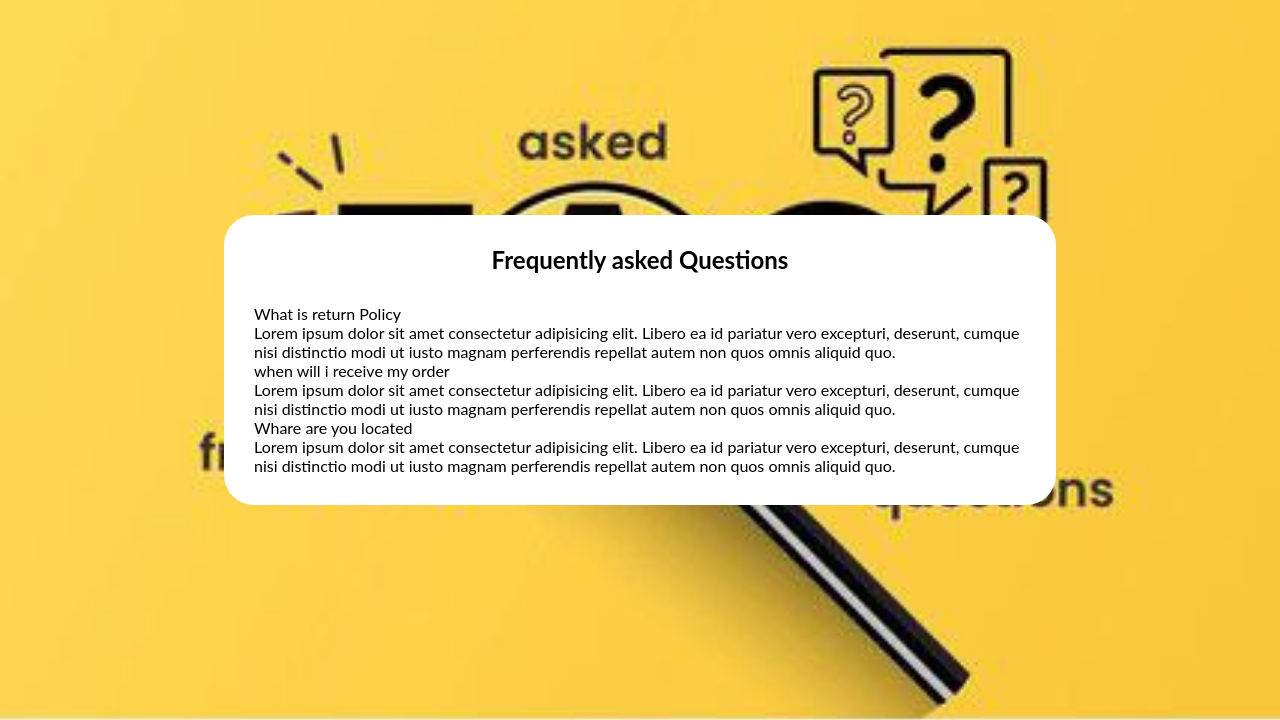
Repository: wakoya-tech/react-project
Page: Desktop/shaakala/accor/index.html
The author's editor kept a copy of each file at every save. The page is drawn from the files as they stood at one save, then again after the next save.
The browser window is 1280 px wide. The pictures show the whole page.
Some web libraries are served in a nearby version.

Above is the page before, as saved 2025-08-31 14:05:19.

### Desktop/shaakala/accor/index.html
<!DOCTYPE html>
<html lang="en">
<head>
    <meta charset="UTF-8">
    <meta name="viewport" content="width=device-width, initial-scale=1.0">
    <title>Document</title>
    <link rel="stylesheet" href="../accor/style.css">
    <link rel="preconnect" href="https://fonts.googleapis.com">
    <link rel="preconnect" href="https://fonts.gstatic.com" crossorigin>
    <link href="https://fonts.googleapis.com/css2?family=Roboto&display=swap" rel="stylesheet">
    <link rel="stylesheet"
          href="https://cdnjs.cloudflare.com/ajax/libs/font-awesome/6.1.1/css/all.min.css"
          integrity="sha512-kfkfwYDsLKIlwQp6LFn18zNdLGxu9YAAlQvwINks4PhcElQ5vqcyVLLD9aMhXd13uQjoXtENosOWaZqXgol0g=="
          crossorigin="anonymous"
          referrerpolicy="no-referrer" />
</head>
<body>

 <div class="accordion">
    <h2 class="accordion-title">
        Frequently asked Questions
    </h2>
    <div class="content-container">
        <div class="question">What is return Policy</div>
   <div class="answer">Lorem ipsum dolor sit amet consectetur
    adipisicing elit. Libero ea id pariatur vero excepturi,
     deserunt, cumque nisi distinctio modi ut iusto magnam
      perferendis
    repellat autem non quos omnis aliquid quo.</div>
    </div>
    <div class="content-container">
        <div class="question">when will i receive my order</div>
   <div class="answer">Lorem ipsum dolor sit amet consectetur
    adipisicing elit. Libero ea id pariatur vero excepturi,
     deserunt, cumque nisi distinctio modi ut iusto magnam
      perferendis
    repellat autem non quos omnis aliquid quo.</div>
    </div>
    <div class="content-container">
        <div class="question">Whare are you located</div>
   <div class="answer">Lorem ipsum dolor sit amet consectetur
    adipisicing elit. Libero ea id pariatur vero excepturi,
     deserunt, cumque nisi distinctio modi ut iusto magnam
      perferendis
    repellat autem non quos omnis aliquid quo.</div>
    </div>
 </div>
    <script src="../accor/script.js"></script>
</body>
</html>

### Desktop/shaakala/accor/style.css
*{
    margin: 0;
    padding: 0;
    box-sizing: border-box;
    font-family: 'Lato',sans-serif;

}
body{
    background: url(../img/img3.jpg) no-repeat center center/cover;
    height: 100vh;
    display: flex;
    justify-content: center;
    align-items: center;
}
.accordion {
    width: 65%;
    background-color: #fff;
    padding: 30px;
    border-radius: 30px;
}
.accordion .accordion-title {
    margin-bottom: 30px;
    text-align: center;
}
.accordion .accordion-title .question {
    padding: 18px 0px;
    font-size: 22px;
    cursor: pointer;
    border-bottom: 1px solid #000;

}

Loaded but not shown: Desktop/shaakala/accor/script.js (no stored copy; drawn as an empty file)

After the next save:
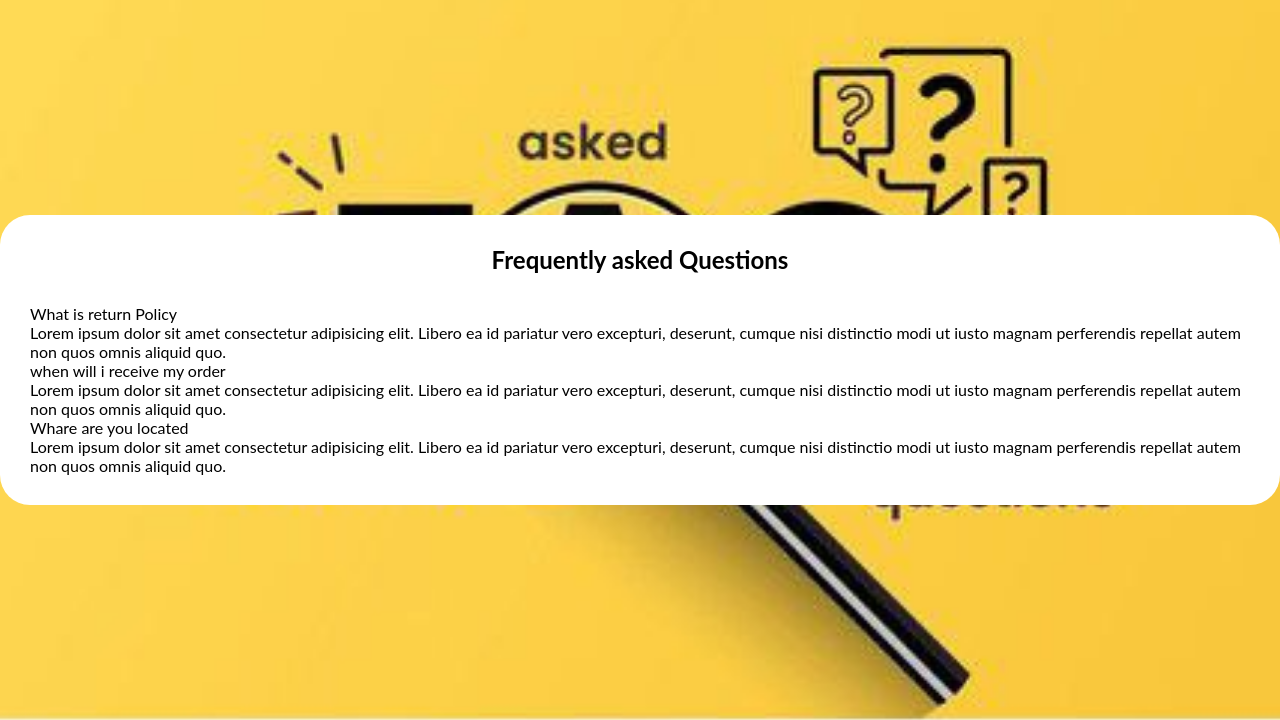
Saved 116 s later.
--- a/Desktop/shaakala/accor/style.css
+++ b/Desktop/shaakala/accor/style.css
@@ -13,7 +13,7 @@ body{
     align-items: center;
 }
 .accordion {
-    width: 65%;
+    width: %;
     background-color: #fff;
     padding: 30px;
     border-radius: 30px;

After the save that followed:
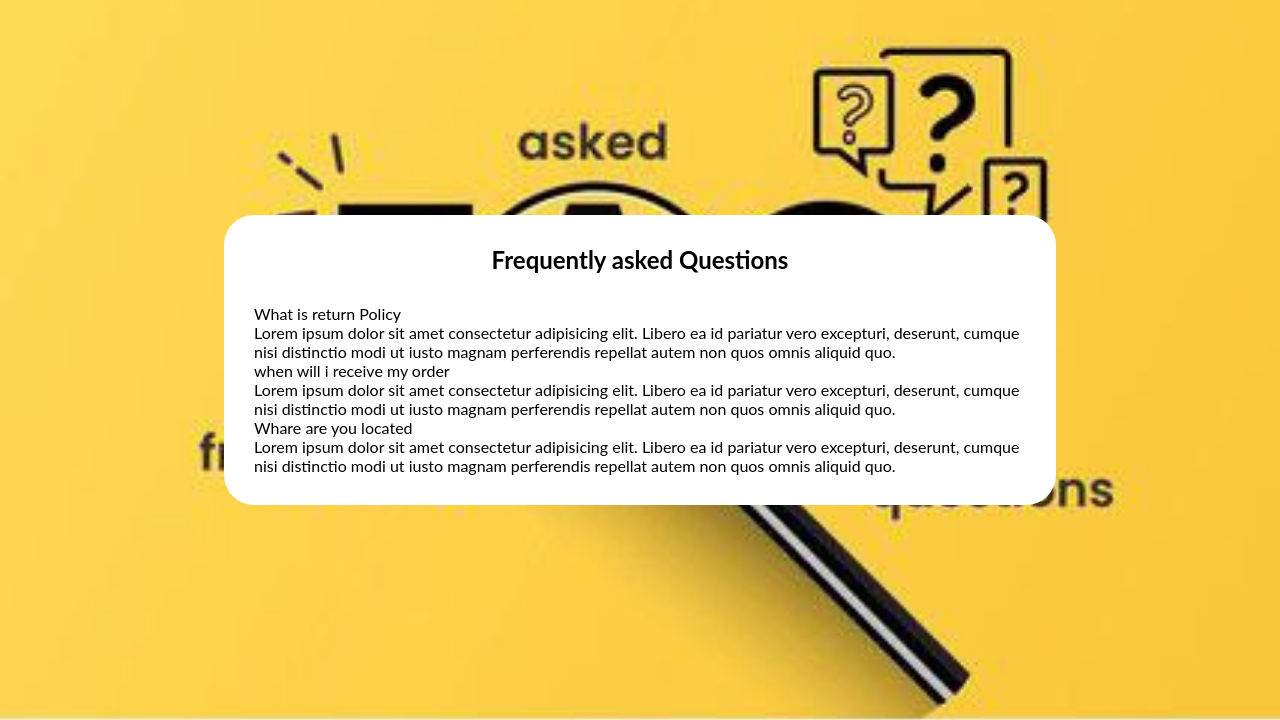
Saved 11 s later.
--- a/Desktop/shaakala/accor/style.css
+++ b/Desktop/shaakala/accor/style.css
@@ -13,7 +13,7 @@ body{
     align-items: center;
 }
 .accordion {
-    width: %;
+    width: 65%;
     background-color: #fff;
     padding: 30px;
     border-radius: 30px;
